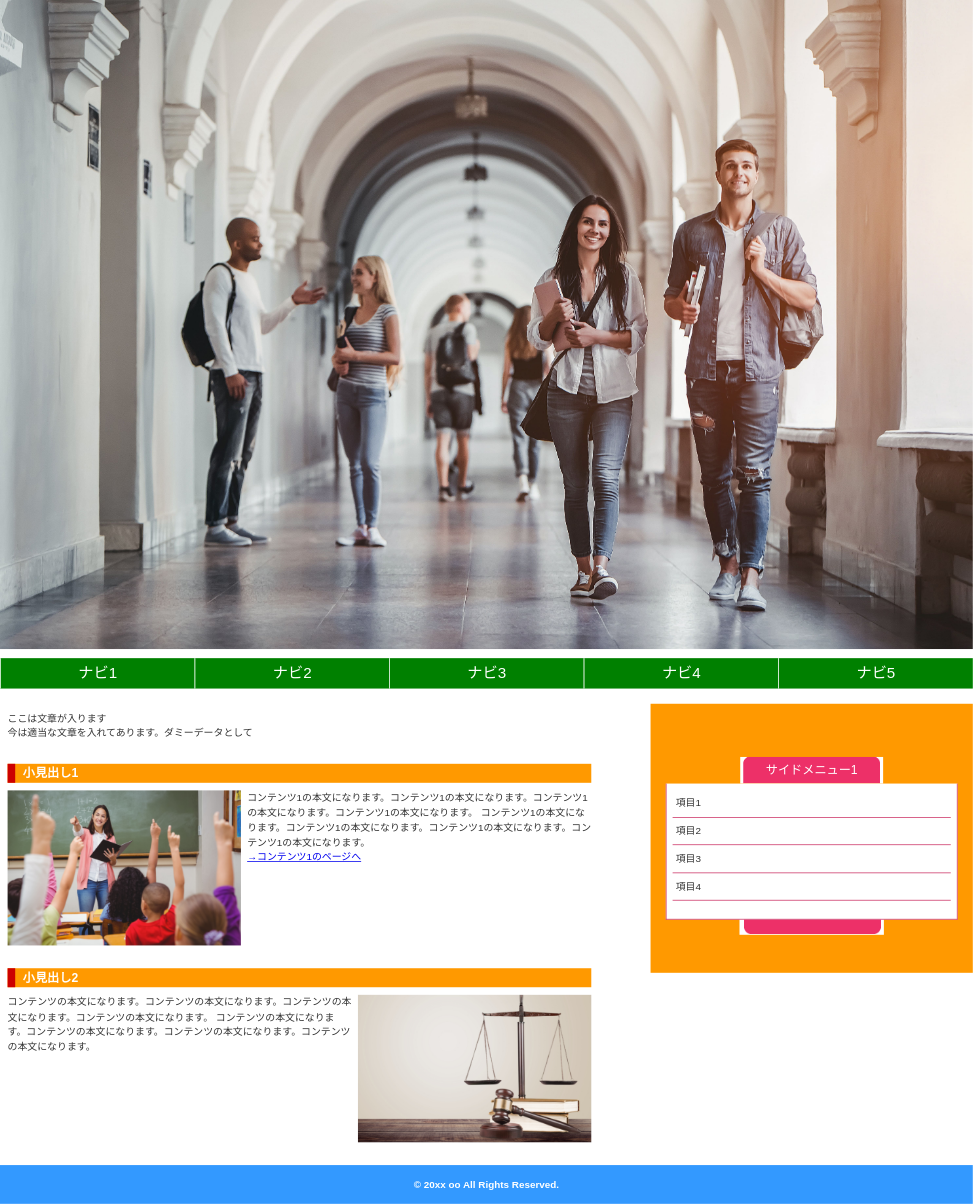
Repository: kobito2022/sumurai_HTML-CSS
Page: home.html
The author's editor kept a record of every edit. The page is drawn from the files as they stood at one moment, then again after the next edit.
The browser window is 1280 px wide. The pictures show the whole page, at 76% of full size.

Above is the page before.

After the next edit:
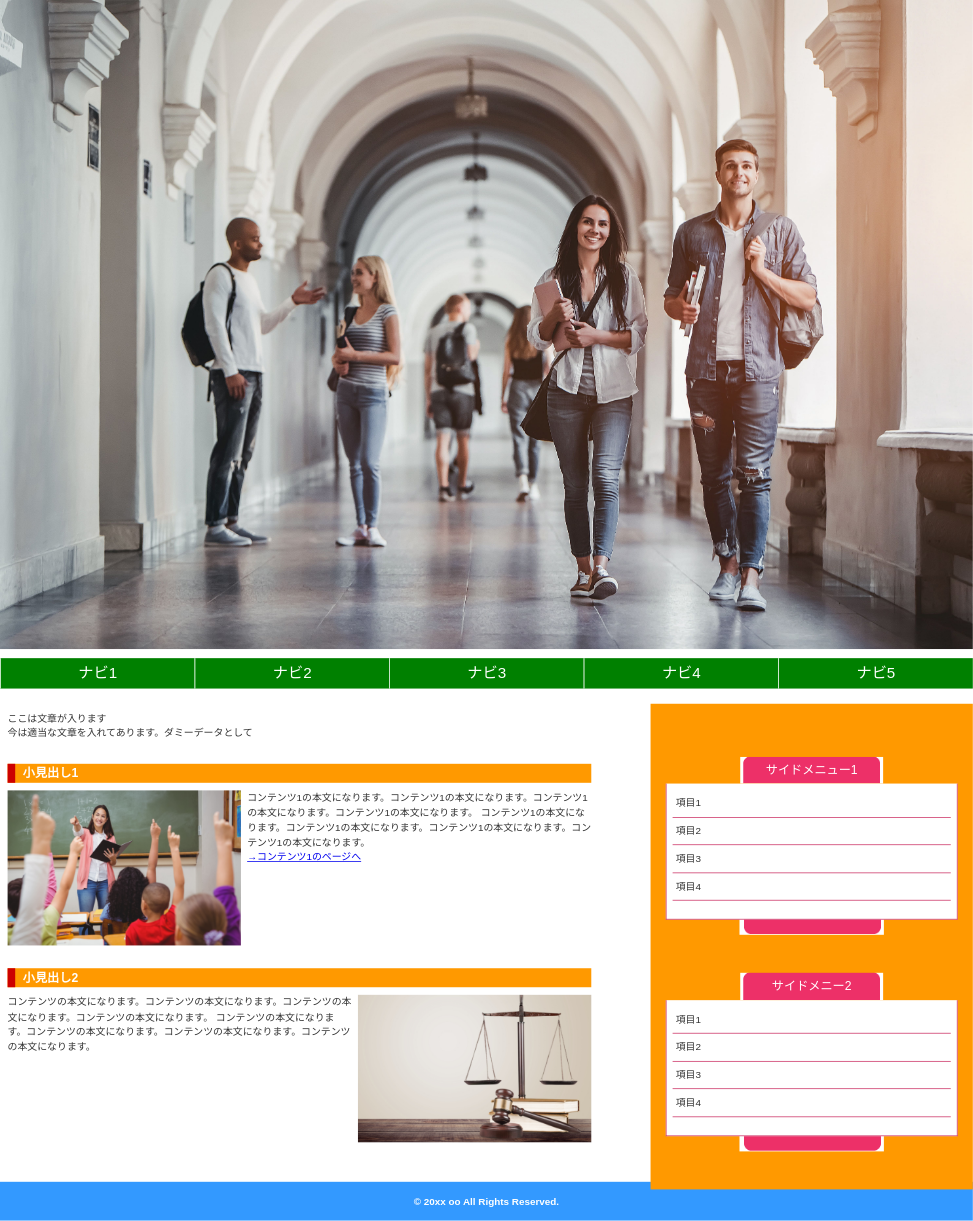
The edit:
--- a/home.html
+++ b/home.html
@@ -54,6 +54,17 @@
                         </ul>
                     </div>
                 </div>
+                <div class="box">
+                    <h2>サイドメニー2</h2>
+                    <div class="boxBody">
+                        <ul>
+                            <li>項目1</li>
+                            <li>項目2</li>
+                            <li>項目3</li>
+                            <li>項目4</li>
+                        </ul>
+                    </div>
+                </div>
             </div>
         </div>
     </div>
